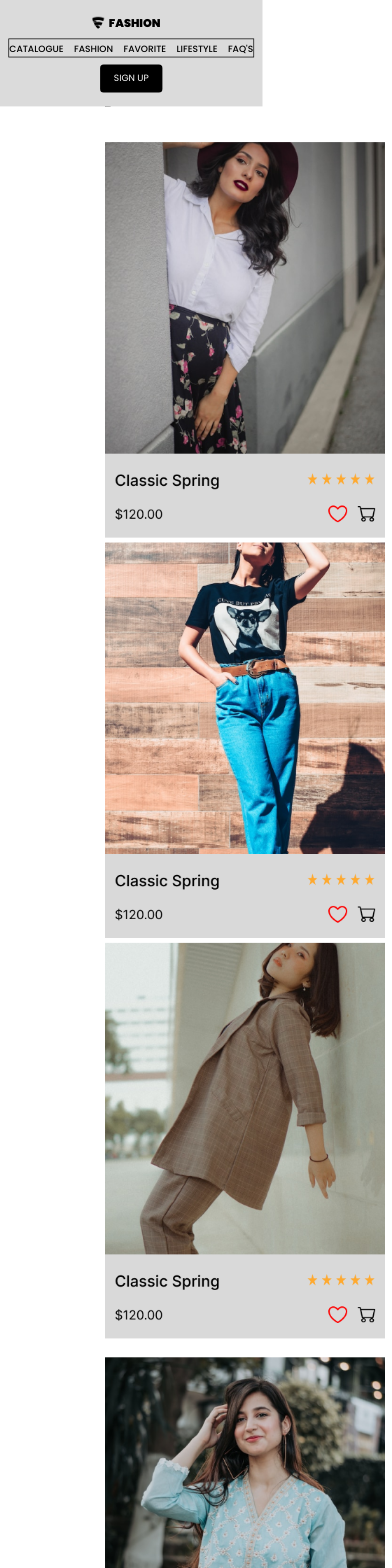
Repository: isaacCodes1/My-Project
Page: lifestyle.html
The author's editor kept a copy of each file at every save. The page is drawn from the files as they stood at one save, then again after the next save.
The browser window is 375 px wide. The page is 560 px wide, so the pictures cover 560 px, including what lies to the right of the window. The pictures show the part of the page from y = 0 to 2240 px (the page is 5562 px tall before and 5579 px after), at 70% of full size.

Above is the page before, as saved 2024-03-21 18:25:44.

After the next save:
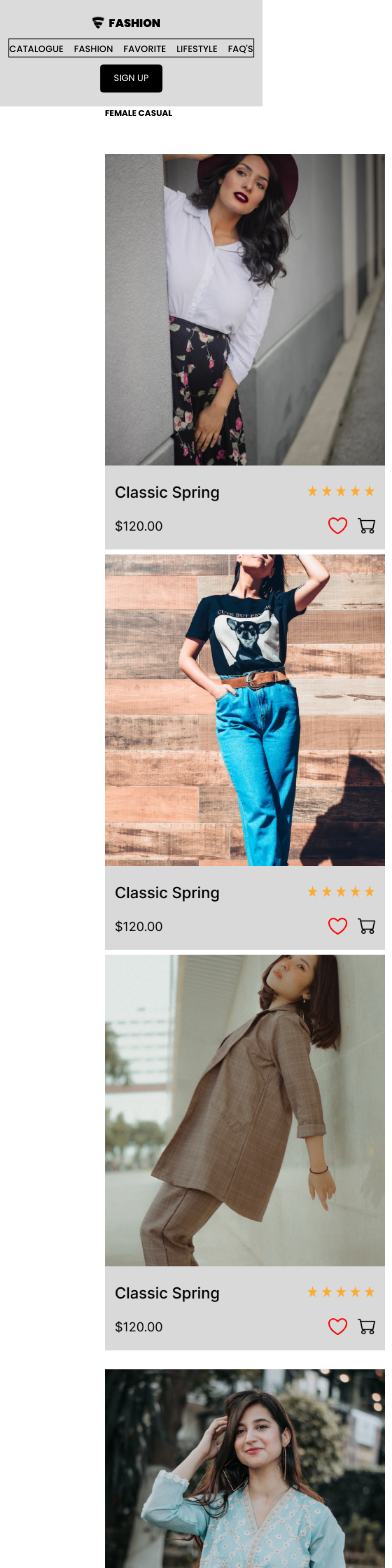
Saved 6 s later.
--- a/Media query.css
+++ b/Media query.css
@@ -153,6 +153,6 @@
     font-size: 15px;
   }
   .featuredTxt h1 {
-    font-size: 1px;
+    font-size: 12px;
   }
 }
